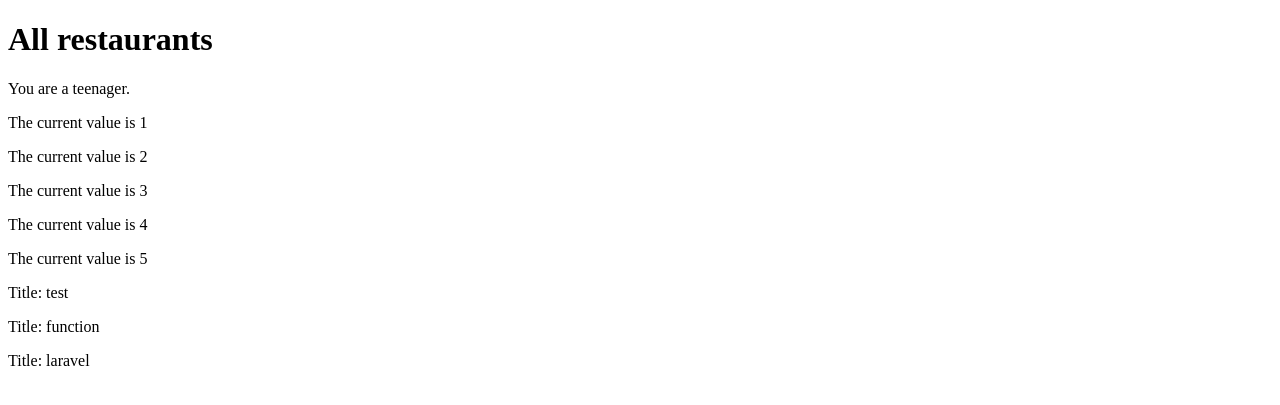
Repository: Dj3y/laravel
Page: http://localhost/restaurants
The author's editor kept a copy of each file at every save. The page is drawn from the files as they stood at one save, then again after the next save.
The browser window is 1280 px wide. The pictures show the whole page.
The page is served by the project's Laravel application, run on PHP 8.4 with Laravel 12. Other server files are loaded and not shown. Queries for data that is not in the repository find no rows.

Above is the page before, as saved 2024-09-23 16:11:00.

### routes/web.php
<?php

use Illuminate\Support\Facades\Route;
use App\Http\Controllers\RestaurantController;

Route::get('/', function () {
    return view('welcome');
});

// Display all the restaurants
Route::get('/restaurants',[RestaurantController::class, 'index']);

// Show the details of a specific restaurant by id
// Route::get('/restaurant/show/{post:id}',  [RestaurantController::class, 'show/$id']);

// Show the form in order to create an restaurant
Route::get('/restaurant/create',[RestaurantController::class, 'create' ]);

// Post/public the restaurant
Route::post('/restaurant/create',function(){

});

// Show the form of an restaurant
Route::get('/restaurant/edit/{post:id}',[RestaurantController::class, 'edit/$id']);

// Update this specific restaurant
Route::put('/restaurant/edit/{post:id}',function($id){

});
// Delete a specific restaurant
Route::delete('/restaurant/{post:id}',function($id){
});

### app/Http/Controllers/RestaurantController.php
<?php

namespace App\Http\Controllers;

use Illuminate\Http\Request;

class RestaurantController extends Controller
{
    /**
     * Display a listing of the resource.
     */
    public function index()
    {
        $restaurants = \App\Models\Restaurant::all();
        return view('restaurants/index', ['restaurants' => $restaurants]);
    }

    /**
     * Show the form for creating a new resource.
     */
    public function create()
    {
        return view('restaurants/create');
    }

    /**
     * Store a newly created resource in storage.
     */
    public function store(Request $request)
    {
        //
    }

    /**
     * Display the specified resource.
     */
    public function show(string $id)
    {
        $restaurant = \App\Models\Restaurant::findOrFail($id);
        return view('restaurants/show', ['restaurant' => $restaurant]);
    }

    /**
     * Show the form for editing the specified resource.
     */
    public function edit(string $id)
    {
        $restaurant = \App\Models\Restaurant::findOrFail($id);
        return view('restaurants/edit', ['restaurant' => $restaurant]);
    }

    /**
     * Update the specified resource in storage.
     */
    public function update(Request $request, string $id)
    {
        //
    }

    /**
     * Remove the specified resource from storage.
     */
    public function destroy(string $id)
    {
        //
    }
}

### app/Models/Restaurant.php
<?php

namespace App\Models;

use Illuminate\Database\Eloquent\Factories\HasFactory;
use Illuminate\Database\Eloquent\Model;

class Restaurant extends Model
{
    // use HasFactory;²
    protected $table = 'restaurants';
}

### resources/views/restaurants/index.blade.php
<!DOCTYPE html>
<html lang="en">
<head>
    <meta charset="UTF-8">
    <meta name="viewport" content="width=device-width, initial-scale=1.0">
    <title>Restaurants</title>
</head>
<body>
    <h1>All restaurants</h1>
    <!-- create, initialization, of variables -->
    @php
        $age = 15;
        $a = 5;
        $posts = ['test', 'function', 'laravel']
    @endphp

    @if($age >= 18)
        <p>You are an adult.</p>
    @else
        <p>You are a teenager.</p>
    @endif

    @for($i = 1; $i <= $a; $i++)
        <p>The current value is {{ $i }}</p>
    @endfor

    @foreach($posts as $post)
        <p>Title: {{ $post }}</p>
    @endforeach
</body>
</html>

Loaded but not shown: app/Http/Controllers/Controller.php (common file)

After the next save:
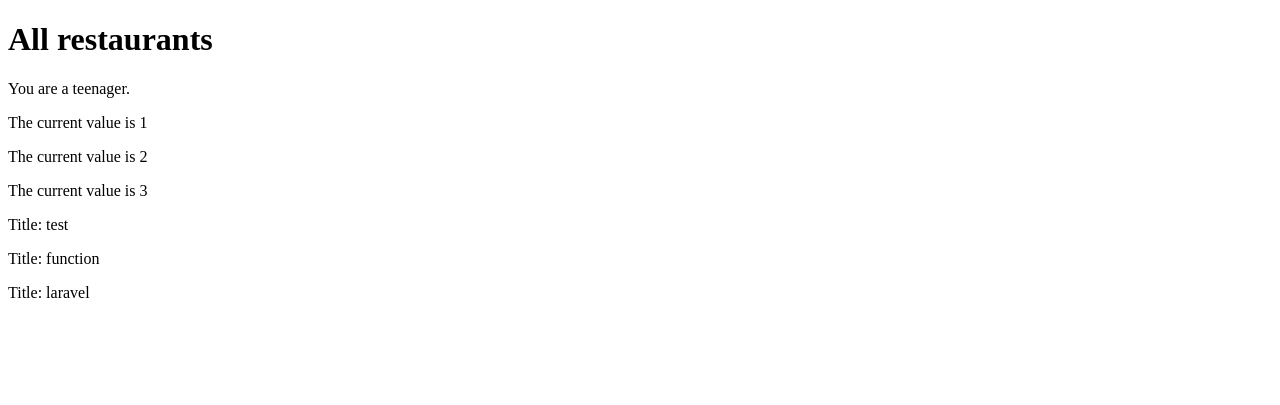
Saved 8 s later.
--- a/resources/views/restaurants/index.blade.php
+++ b/resources/views/restaurants/index.blade.php
@@ -10,7 +10,7 @@
     <!-- create, initialization, of variables -->
     @php
         $age = 15;
-        $a = 5;
+        $a = 3;
         $posts = ['test', 'function', 'laravel']
     @endphp
 
